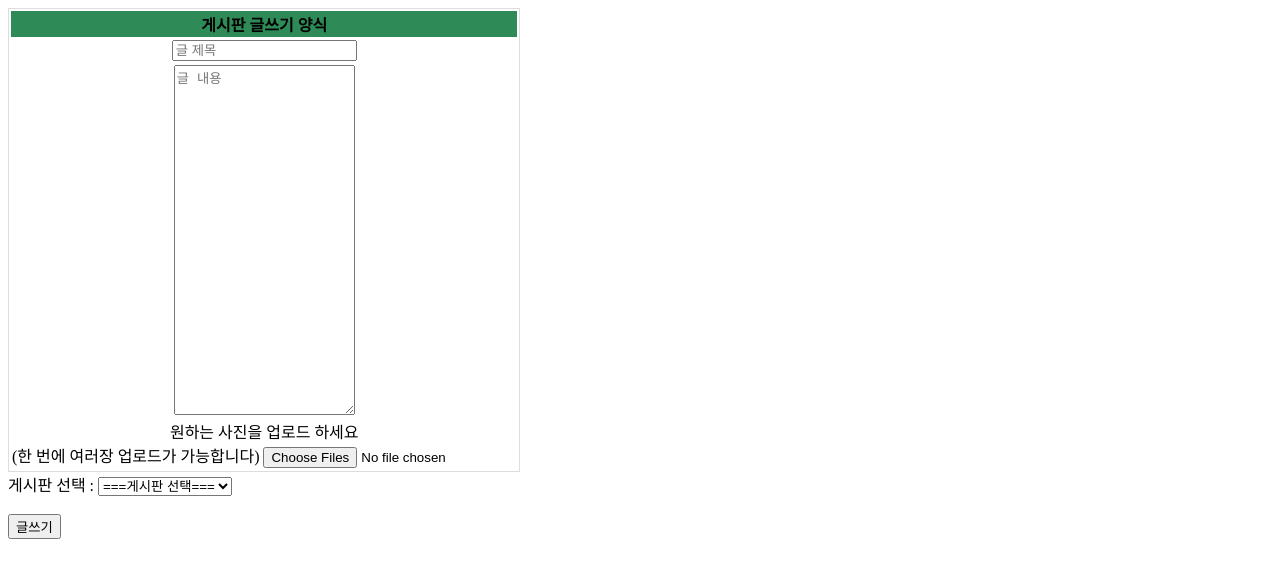
Repository: KimJinHwan999/ToyProject-makeBoard-springBoot
Page: http://localhost/board/WEB-INF/views/board/write.jsp
An editor plug-in stored every save of this project. The page is shown before and after the next save, followed by the edit.
The browser window is 1280 px wide. The pictures show the whole page.
The page is served by Tomcat 9. Nobody is signed in. Other server files are loaded and not shown. The template is opened directly, without the code that normally fills it, so the values that code supplies are empty.

Above is the page before, as saved 2023-06-22 07:15:43.

### board/src/main/webapp/WEB-INF/views/board/write.jsp
<%@ page language="java" contentType="text/html; charset=UTF-8" pageEncoding="UTF-8"%>
<%@ taglib prefix="c" uri="http://java.sun.com/jsp/jstl/core" %>

<body>

	<div class="container">
		<div class="row">
			<form action="${path }" method="post" name="writeForm" id="writeForm" encType="multipart/form-data">
				<table class="table table-striped" style="text-align: center; border: 1px solid #dddddd">
					<thead>
						<tr>
							<th colspan="2" style="background-color: #2e8b57; text-align:center;">게시판 글쓰기 양식</th>
						</tr>
					</thead>
					<tbody>
						<tr>
							<td><input type="text" class="form-control" placeholder="글 제목" name="post_name" id="post_name" maxlength="50" value="${board.post_name }"></td>
						</tr>
						<tr>
							<td><textarea class="form-control" placeholder="글 내용" name="post_text" id="post_text" maxlength="2048" style="height: 350px">${board.post_text }</textarea></td>
						</tr>
						<tr>
							<td>
								<label for="post_img">
									원하는 사진을 업로드 하세요<br>
									(한 번에 여러장 업로드가 가능합니다)
								</label>
								<input type="file" name="file" id="post_img" accept="image/*" multiple />
								<div id="img-file"></div>
								<div id="img-file-name"></div>
							</td>
						</tr>
					</tbody>
				</table>




				<div class="pull-right">

					<c:set var="board_num" value="${board.board_num }"/>
					<label for="board_num">게시판 선택 : </label>
					<select name="board_num" id="board_num">
						<option value="0">===게시판 선택===</option>
						<option value="1" <c:if test="${board_num eq 1}">selected</c:if>>유머 게시판</option>
						<option value="2" <c:if test="${board_num eq 2}">selected</c:if>>스포츠 게시판</option>
						<option value="3" <c:if test="${board_num eq 3}">selected</c:if>>게임 게시판</option>
					</select>



					<input type="text" name="post_views" id="post_views" value="0" style="display:none;"/>

					<br>
					<br>

					<input type="submit" class="btn btn-success pull-right" value="글쓰기">

					<br>
					<br>

					<div class="pull-right">
						<span id="msg" style="color:red">${msg }</span>
					</div>
				</div>

			</form>
		</div>

	</div>

</body>

After the next save:
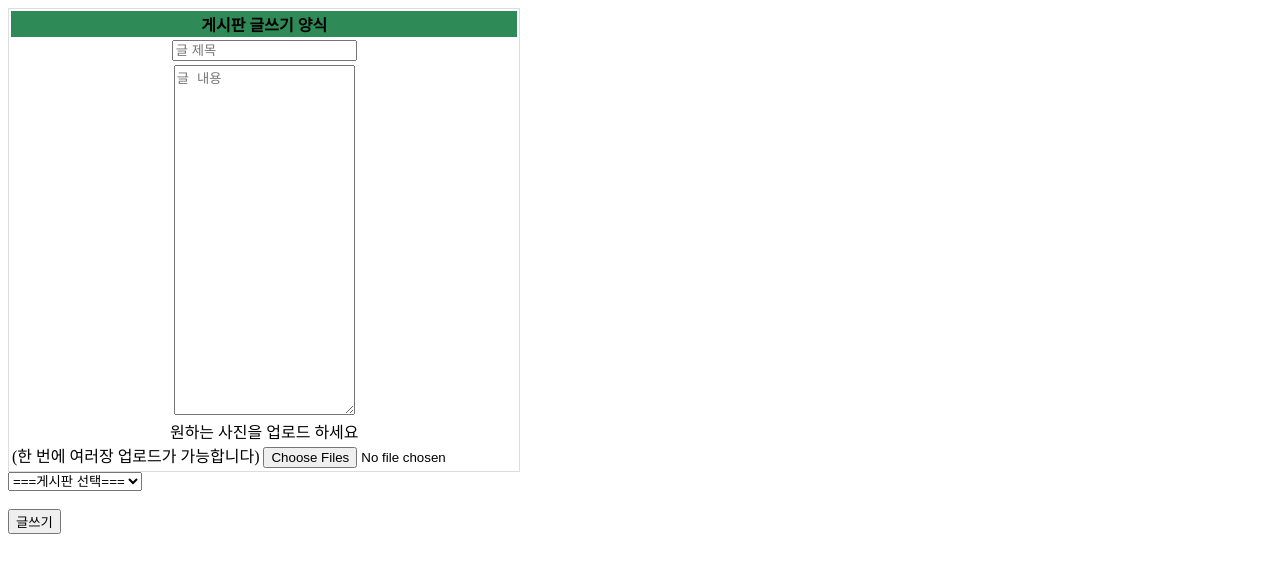
Saved 28 s later.
--- a/board/src/main/webapp/WEB-INF/views/board/write.jsp
+++ b/board/src/main/webapp/WEB-INF/views/board/write.jsp
@@ -39,7 +39,7 @@
 				<div class="pull-right">
 
 					<c:set var="board_num" value="${board.board_num }"/>
-					<label for="board_num">게시판 선택 : </label>
+					<label for="board_num"></label>
 					<select name="board_num" id="board_num">
 						<option value="0">===게시판 선택===</option>
 						<option value="1" <c:if test="${board_num eq 1}">selected</c:if>>유머 게시판</option>
